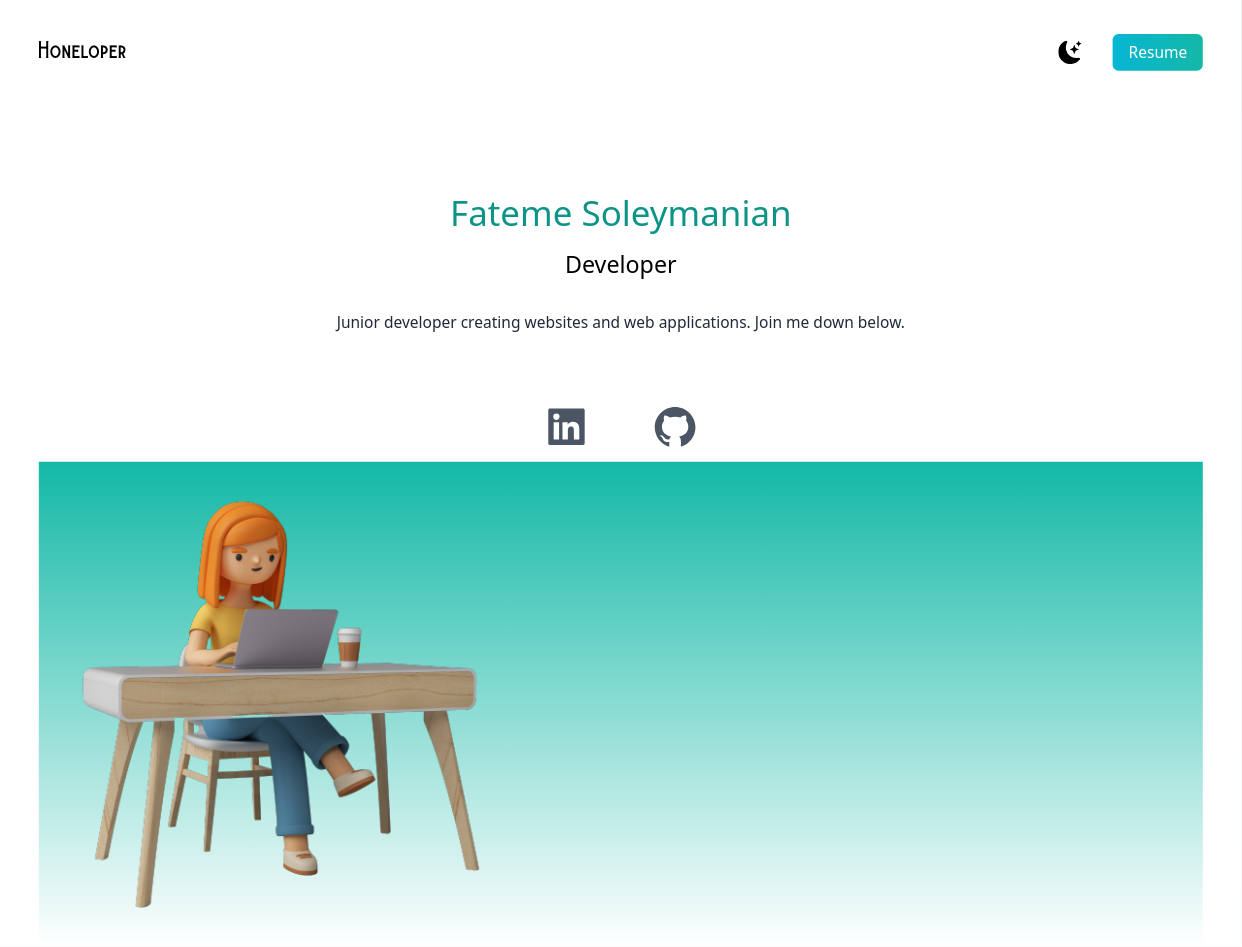
Repository: fatemesoleymanian/portfolio
Page: /
The author's editor kept a copy of each file at every save. The page is drawn from the files as they stood at one save, then again after the next save.
The browser window is 1280 px wide. The pictures show the whole page, at 97% of full size.
The project was rebuilt for these pictures with package versions that can differ from the ones it lists, and the page was loaded fresh each time. The framework's server and built-in components were replaced by stand-ins that run in the browser. Also part of the build but not shown: next.config.js.

Above is the page before, as saved 2023-03-10 15:02:35.

### pages/index.js
import Head from 'next/head'
import { BsFillMoonStarsFill } from 'react-icons/bs'
import { AiFillLinkedin, AiFillGithub } from 'react-icons/ai'
import Image from 'next/image'
import honeloper from '../public/honeloper3d.png'
export default function Home() {
  return (
    <>
      <Head>
        <title>My Portfolio</title>
        <meta name="description" content="Generated by create next app" />
        <meta name="viewport" content="width=device-width, initial-scale=1" />
        <link rel="icon" href="/favicon.ico" />
      </Head>
      <main className='bg-white px-10'>
        <section className="min-h-screen">
          <nav className='py-10 mb-12 flex justify-between'>
            <h1 className='text-xl font-burtons'>Honeloper</h1>
            <ul className='flex items-center'>
              <li>
                <BsFillMoonStarsFill className='cursor-pointer text-2xl' />
              </li>
              <li>
                <a className="bg-gradient-to-r from-cyan-500 to-teal-500 text-white px-4 py-2 rounded-md ml-8"
                  href="https://jobvision.ir/cv/97158940-111758">Resume</a>
              </li>
            </ul>
          </nav>
          <div className='text-center p-9'>
            <h2 className='text-4xl py-2 text-teal-600 font-medium'>
              Fateme Soleymanian</h2>
            <h3 className='text-2xl py-2'>Developer</h3>
            <p className='text-md py-5 leading-8 text-gray-800'>
              Junior developer creating websites and web applications. Join me down below.</p>
          </div>
          <div className='text-5xl flex  justify-center gap-16 py-3 text-gray-600'>
            <a href="https://www.linkedin.com/in/fateme-soleymanian-b2713a225">
              <AiFillLinkedin />  </a>
            <a href="https://github.com/fatemesoleymanian">
              <AiFillGithub />
            </a>
          </div>
          <div className='relative bg-gradient-to-b from-teal-500'>
            <Image src={honeloper} alt="honeloper"
             />
          </div>
        </section>
      </main>
    </>
  )
}

### styles/globals.css
@tailwind base;
@tailwind components;
@tailwind utilities;
:root {
  --max-width: 1100px;
  --border-radius: 12px;
  --font-mono: ui-monospace, Menlo, Monaco, 'Cascadia Mono', 'Segoe UI Mono',
    'Roboto Mono', 'Oxygen Mono', 'Ubuntu Monospace', 'Source Code Pro',
    'Fira Mono', 'Droid Sans Mono', 'Courier New', monospace;

  --foreground-rgb: 0, 0, 0;
  --background-start-rgb: 214, 219, 220;
  --background-end-rgb: 255, 255, 255;

  --primary-glow: conic-gradient(
    from 180deg at 50% 50%,
    #16abff33 0deg,
    #0885ff33 55deg,
    #54d6ff33 120deg,
    #0071ff33 160deg,
    transparent 360deg
  );
  --secondary-glow: radial-gradient(
    rgba(255, 255, 255, 1),
    rgba(255, 255, 255, 0)
  );

  --tile-start-rgb: 239, 245, 249;
  --tile-end-rgb: 228, 232, 233;
  --tile-border: conic-gradient(
    #00000080,
    #00000040,
    #00000030,
    #00000020,
    #00000010,
    #00000010,
    #00000080
  );

  --callout-rgb: 238, 240, 241;
  --callout-border-rgb: 172, 175, 176;
  --card-rgb: 180, 185, 188;
  --card-border-rgb: 131, 134, 135;
}

@media (prefers-color-scheme: dark) {
  :root {
    --foreground-rgb: 255, 255, 255;
    --background-start-rgb: 0, 0, 0;
    --background-end-rgb: 0, 0, 0;

    --primary-glow: radial-gradient(rgba(1, 65, 255, 0.4), rgba(1, 65, 255, 0));
    --secondary-glow: linear-gradient(
      to bottom right,
      rgba(1, 65, 255, 0),
      rgba(1, 65, 255, 0),
      rgba(1, 65, 255, 0.3)
    );

    --tile-start-rgb: 2, 13, 46;
    --tile-end-rgb: 2, 5, 19;
    --tile-border: conic-gradient(
      #ffffff80,
      #ffffff40,
      #ffffff30,
      #ffffff20,
      #ffffff10,
      #ffffff10,
      #ffffff80
    );

    --callout-rgb: 20, 20, 20;
    --callout-border-rgb: 108, 108, 108;
    --card-rgb: 100, 100, 100;
    --card-border-rgb: 200, 200, 200;
  }
}

* {
  box-sizing: border-box;
  padding: 0;
  margin: 0;
}

html,
body {
  max-width: 100vw;
  overflow-x: hidden;
}

body {
  color: rgb(var(--foreground-rgb));
  background: linear-gradient(
      to bottom,
      transparent,
      rgb(var(--background-end-rgb))
    )
    rgb(var(--background-start-rgb));
}

a {
  color: inherit;
  text-decoration: none;
}

@font-face {
  font-family: "burtons";
  src: url('../public/Burtons.otf');
}

### tailwind.config.js
/** @type {import('tailwindcss').Config} */
module.exports = {
  content: [
    "./app/**/*.{js,ts,jsx,tsx}",
    "./pages/**/*.{js,ts,jsx,tsx}",
    "./components/**/*.{js,ts,jsx,tsx}",

  ],
  theme: {
    extend: {
      fontFamily:{
        burtons: "burtons",
      }
    },
  },
  plugins: [],
}

Loaded but not shown: pages/_app.js (common file); pages/_document.js (common file)

After the next save:
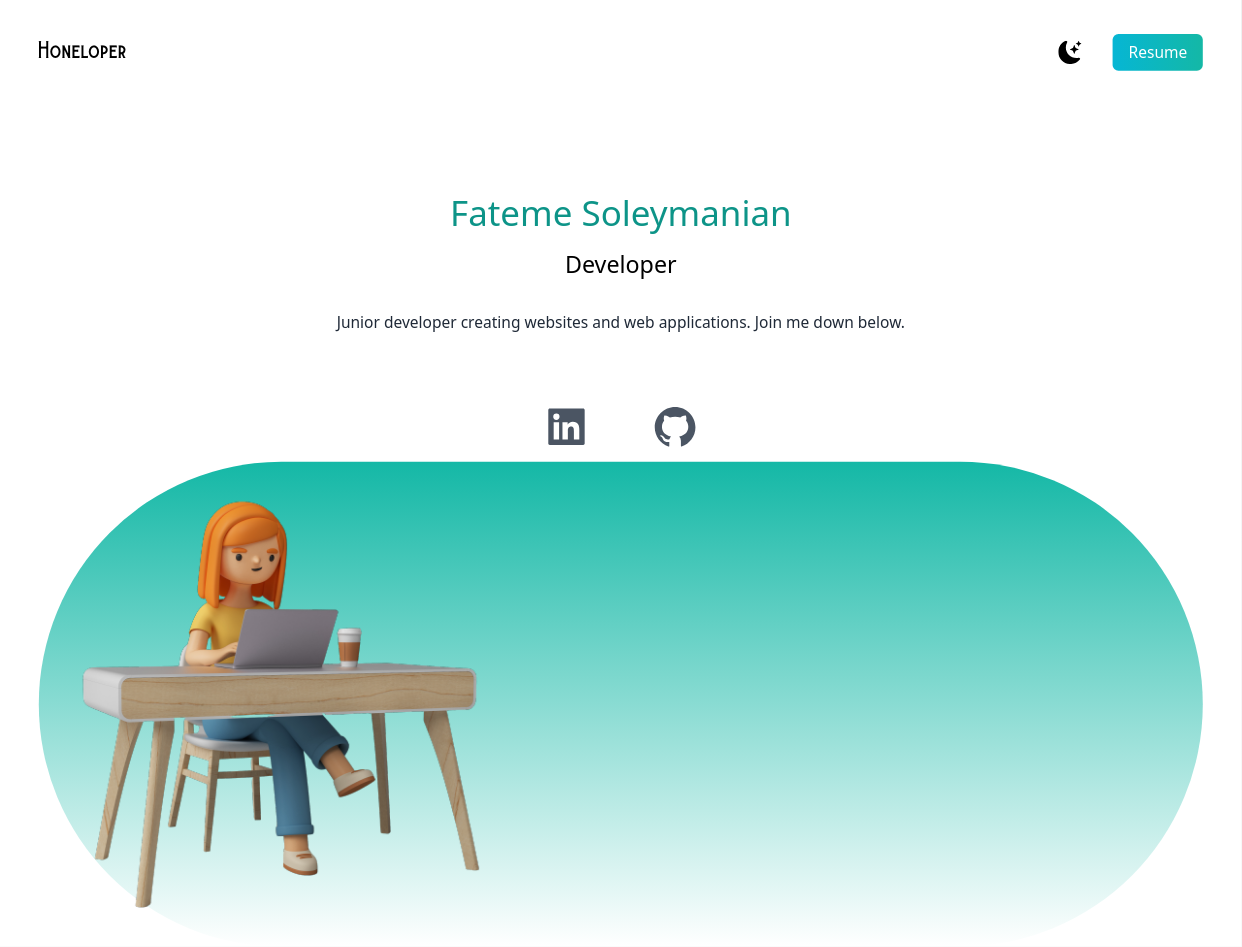
Saved 34 s later.
--- a/pages/index.js
+++ b/pages/index.js
@@ -40,7 +40,7 @@ export default function Home() {
               <AiFillGithub />
             </a>
           </div>
-          <div className='relative bg-gradient-to-b from-teal-500'>
+          <div className='relative bg-gradient-to-b from-teal-500 rounded-full'>
             <Image src={honeloper} alt="honeloper"
              />
           </div>
